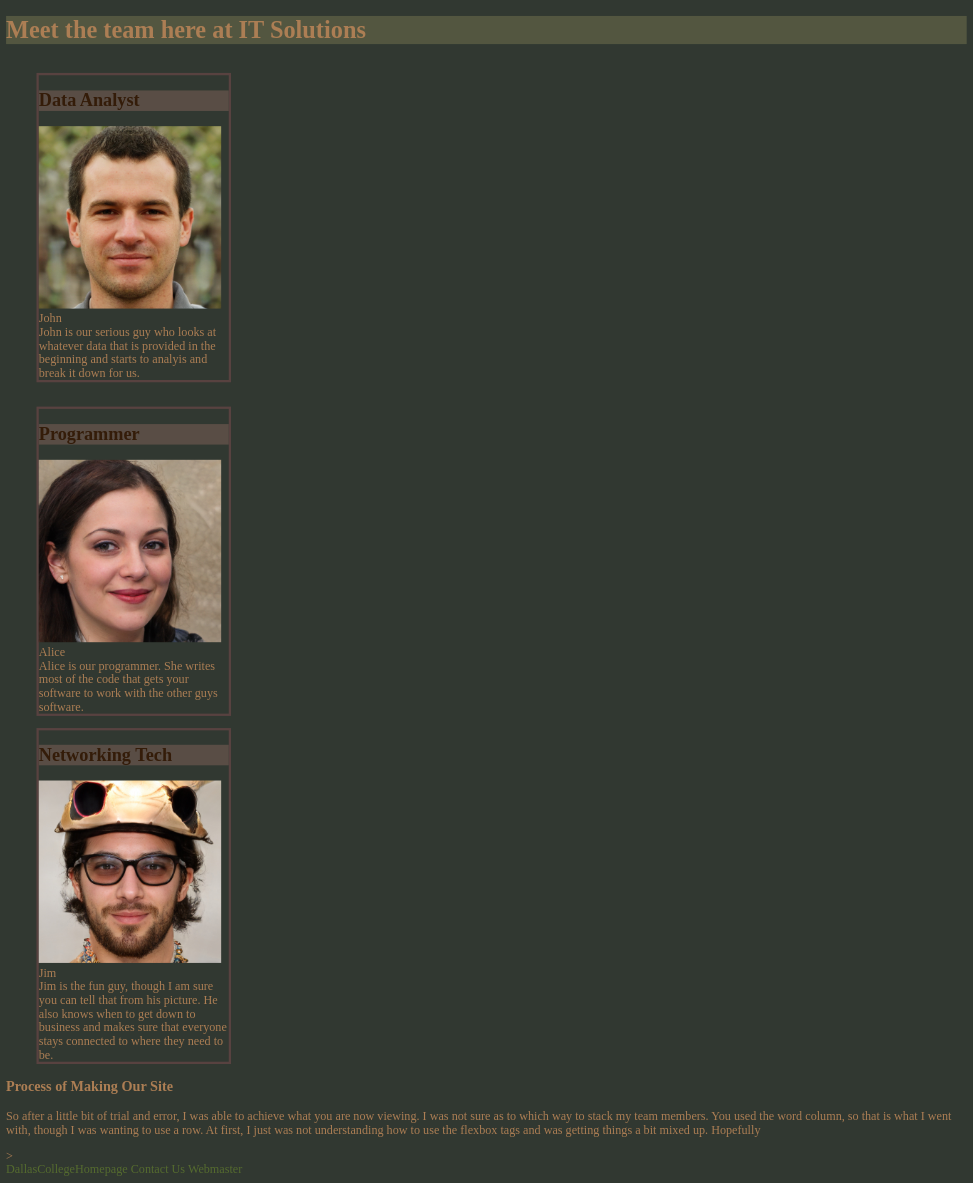
Repository: nsisk1/web-page-project
Page: team.html
These files come from the project's save history. The page is drawn as it stood at one moment and after the next save; the edit follows.
The browser window is 1280 px wide. The pictures show the whole page, at 76% of full size.

Above is the page before, as saved 2024-07-29 03:48:19.

After the next save:
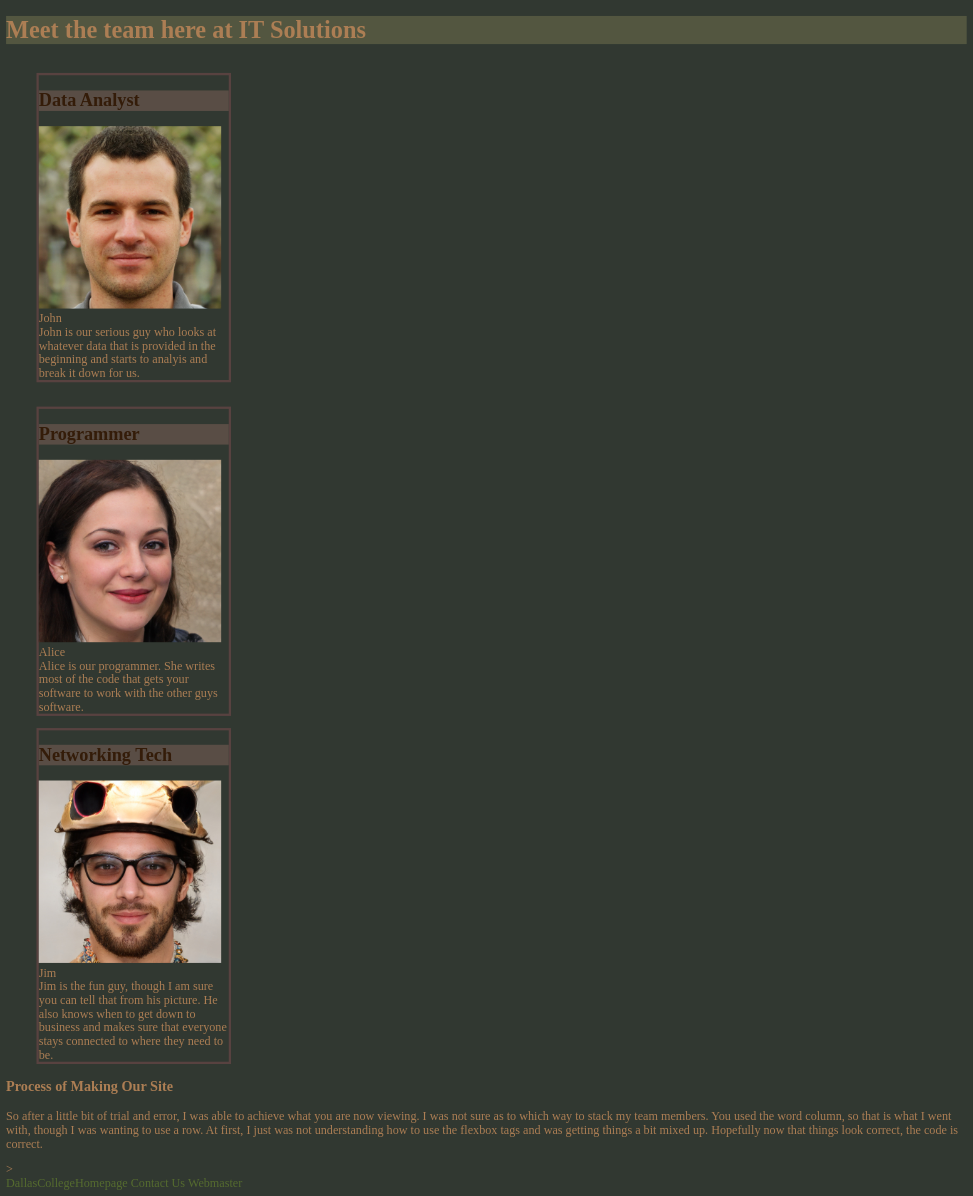
Saved 11 s later.
--- a/team.html
+++ b/team.html
@@ -37,7 +37,7 @@
         <section>
             <h3>Process of Making Our Site</h3>
 <p>
-    So after a little bit of trial and error, I was able to achieve what you are now viewing. I was not sure as to which way to stack my team members. You used the word column, so that is what I went with, though I was wanting to use a row. At first, I just was not understanding how to use the flexbox tags and was getting things a bit mixed up. Hopefully
+    So after a little bit of trial and error, I was able to achieve what you are now viewing. I was not sure as to which way to stack my team members. You used the word column, so that is what I went with, though I was wanting to use a row. At first, I just was not understanding how to use the flexbox tags and was getting things a bit mixed up. Hopefully now that things look correct, the code is correct.
 </p>>        </section>
         <footer position="absolute">
             <a href="https://www.dallascollege.edu" target="blank">DallasCollegeHomepage</a>
